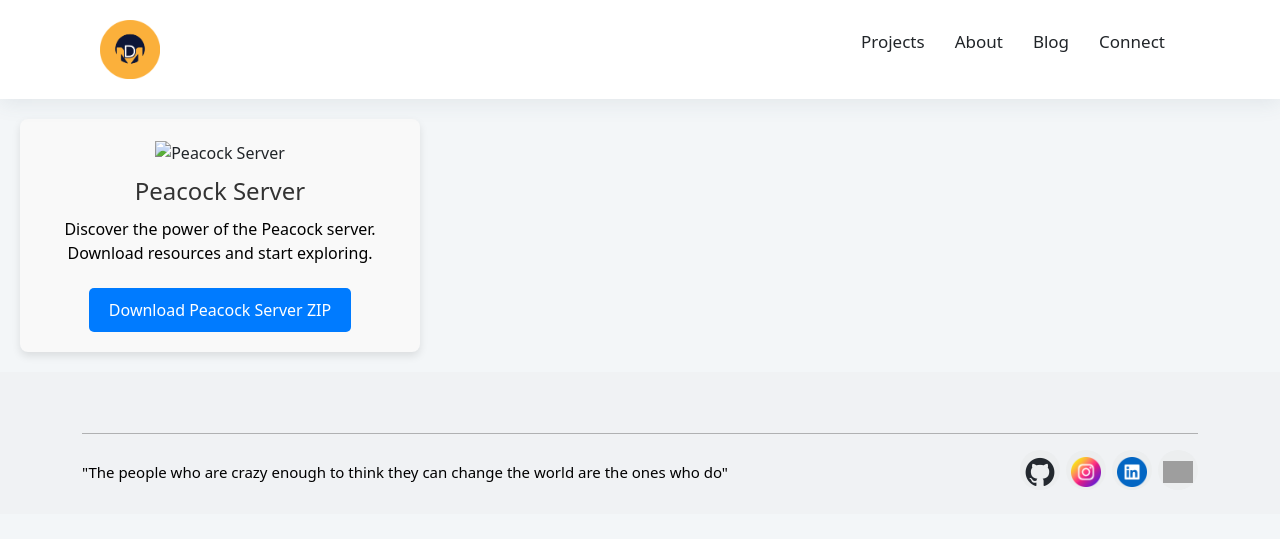
Repository: kaizoku010/firebrand
Page: /blog
These files come from the project's save history. The page is drawn as it stood at one moment and after the next save; the edit follows.
The browser window is 1280 px wide. The pictures show the whole page.
Pictures or frames that could not be fetched are drawn as grey boxes. The project was rebuilt for these pictures with package versions that can differ from the ones it lists, and the page was loaded fresh each time. Also part of the build but not shown: vite.config.js, src/update/homescreen.js, src/update/about.css, src/components/chips.css, src/components/chips.js, src/update/about.js, src/dataPoint/AllProjects.js, src/update/appsPage.js and 2 more.

Above is the page before, as saved 2024-11-11 11:48:53.

After the next save:
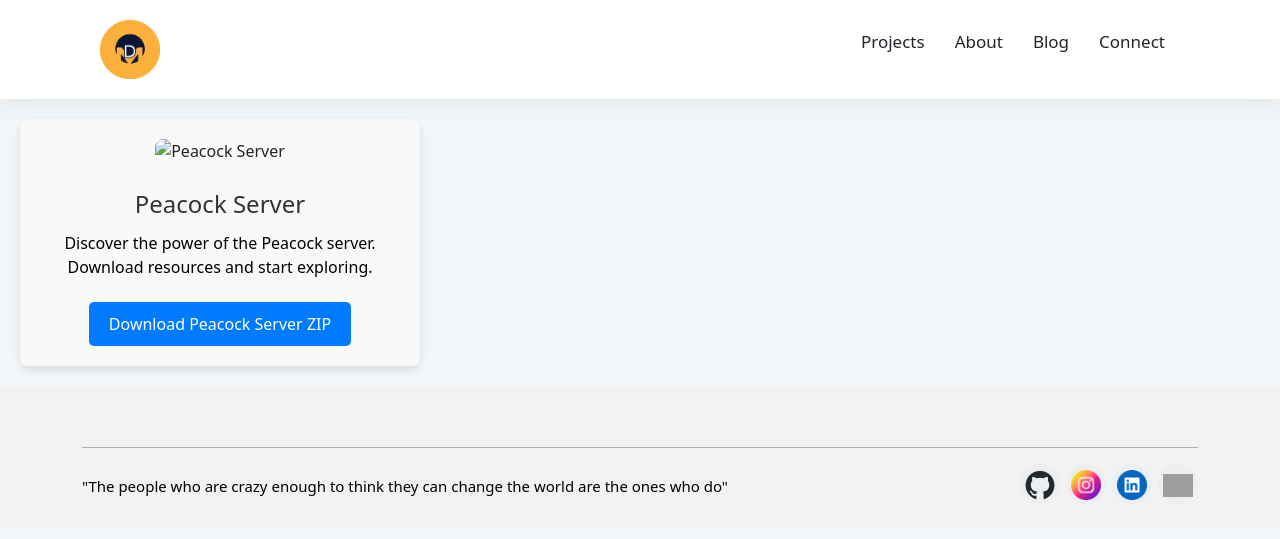
Saved 12 s later.
--- a/src/update/blog.css
+++ b/src/update/blog.css
@@ -89,6 +89,15 @@ width: -moz-fit-content;
 width: fit-content;
 }
 
+.blog-item-image {
+    width: 100%;
+    height: auto;
+    max-height: 200px;
+    margin-bottom: 15px;
+    border-radius: 8px;
+    object-fit: cover;
+  }
+
 
 .blog-image{
 
